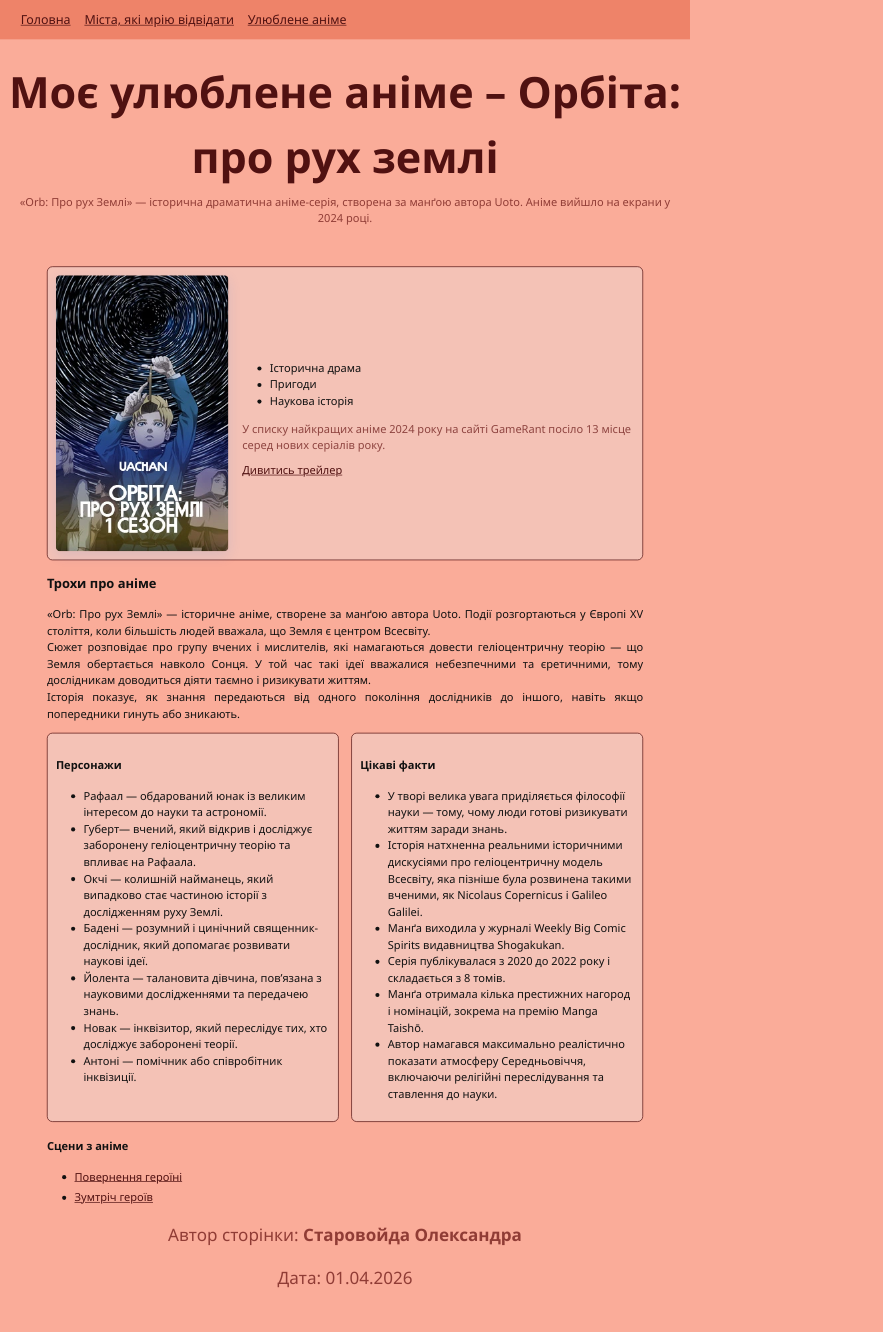
Repository: alexandrastarovoyda-star/homework_info
Page: Mainpr/pr5/html/anime.html
The author's editor kept a copy of each file at every save. The page is drawn from the files as they stood at one save, then again after the next save.
The browser window is 1280 px wide. The pictures show the whole page, at 69% of full size.

Above is the page before, as saved 2026-04-01 14:43:51.

After the next save:
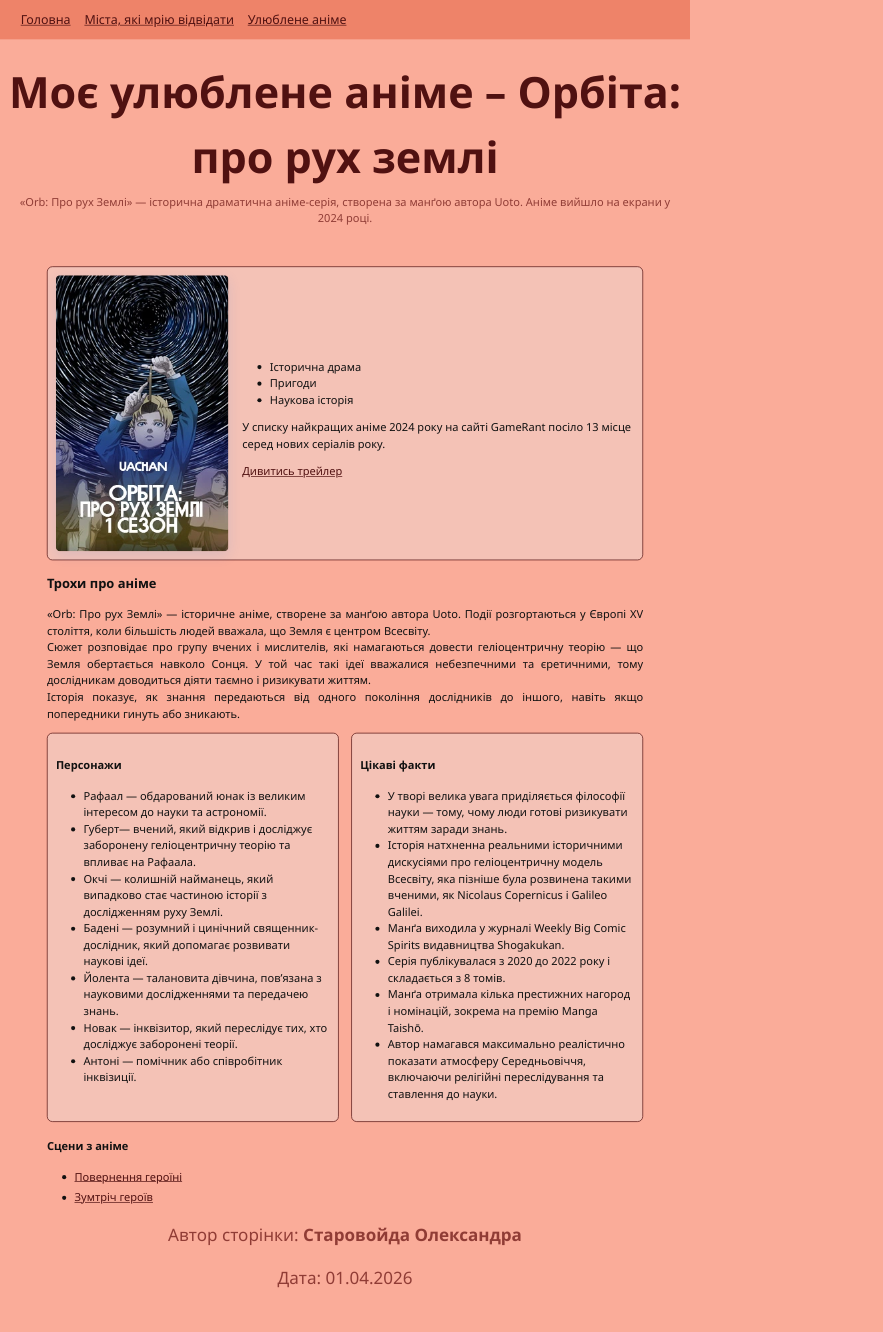
Saved 29 s later.
--- a/Mainpr/pr5/html/anime.html
+++ b/Mainpr/pr5/html/anime.html
@@ -24,12 +24,14 @@
     <section class="hero">
       <img src="../img/themovementoftheearth.webp" alt="Постер фільму" class="poster">
       <div class="meta">
-        <ul>
+        <p class="tagline">
+            <ul>
             <li>Історична драма</li>
             <li>Пригоди</li>
             <li>Наукова історія</li>
         </ul>
-        <p class="tagline">У списку найкращих аніме 2024 року на сайті GameRant посіло 13 місце серед нових серіалів року.</p>
+            У списку найкращих аніме 2024 року на сайті GameRant посіло 13 місце серед нових серіалів року.
+        </p>
         <a href="https://www.youtube.com/watch?v=mZytWngIwwk" target="_blank" rel="noopener">Дивитись трейлер</a>
       </div>
     </section>
